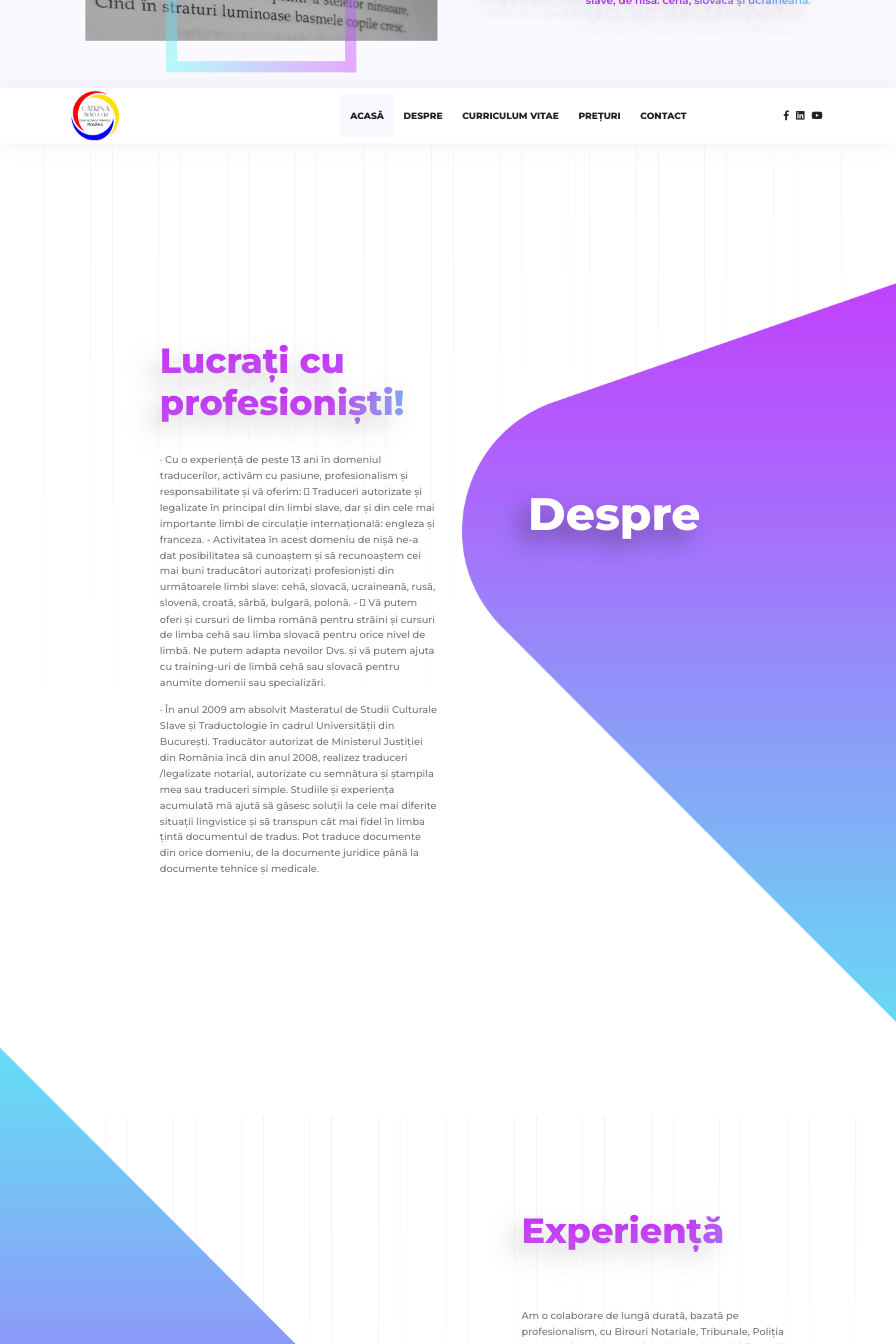
Repository: roscaImarius/site_traduceri
Page: index.html
These files come from the project's save history. The page is drawn as it stood at one moment and after the next save; the edit follows.
The browser window is 1280 px wide. The pictures show the part of the page from y = 486 to 2406 px (the page is 7580 px tall), at 70% of full size.

Above is the page before, as saved 2022-03-17 14:53:44.

### index.html
<!DOCTYPE html>
<html lang="en" class="no-js">
  <head>
    <meta
      name="viewport"
      content="width=device-width, initial-scale=1, shrink-to-fit=no"
    />
    <meta name="author" content="CodePixar" />
    <meta name="description" content="" />
    <meta name="keywords" content="" />
    <meta charset="UTF-8" />

    <title>Traduceri</title>

    <link
      href="https://fonts.googleapis.com/css?family=Montserrat:500,600,700,800,900"
      rel="stylesheet"
    />
    <link
      href="https://fonts.googleapis.com/css?family=Open+Sans:400,600"
      rel="stylesheet"
    />
    <!-- ===========================================
		CSS Files
    ============================================= -->
    <link rel="stylesheet" href="css/font-awesome.min.css" />
    <link rel="stylesheet" href="css/bootstrap.css" />
    <link rel="stylesheet" href="css/main.css" />
  </head>

  <body class="version5" id="top">
    <div class="se-pre-con"></div>

    <!--================ Start Banner Area =================-->
    <section class="home-area" id="home">
      <div class="banner-area relative">
        <div class="container-fluid">
          <div class="row justify-content-center height align-items-center">
            <div class="col-lg-5 col-md-6 col-sm-12">
              <div class="banner-img">
                <img class="img-fluid" src="img/banner-img5.jpg" alt="" />
              </div>
            </div>
            <div class="col-lg-5 col-md-6 col-sm-12">
              <div class="banner-content text-right">
                <h4 class="mb-30 hello text-uppercase text-white">
                  Salut, noi suntem
                </h4>
                <h1 class="name">Catrina Traduceri</h1>
                <p class="mt-5 h6 pHome dark">
                  Ne numărăm printre foarte puținii traducători autorizați de
                  Ministerul Justiției din România pentru traduceri din limbile
                  slave, de nisă: cehă, slovacă și ucraineană.
                </p>
              </div>
            </div>
          </div>
        </div>
      </div>
    </section>
    <!--================Header Menu Area =================-->
    <header class="header_area" id="header5">
      <div class="main_menu">
        <nav class="navbar navbar-expand-lg">
          <div class="container-fluid">
            <!-- Brand and toggle get grouped for better mobile display -->
            <a class="navbar-brand logo_h" href="index.html"
              ><img class="logoo" src="img/logo5_1.png" alt=""
            /></a>
            <button
              class="navbar-toggler"
              type="button"
              data-toggle="collapse"
              data-target="#navbarSupportedContent"
              aria-controls="navbarSupportedContent"
              aria-expanded="false"
              aria-label="Toggle navigation"
            >
              <i class="fas fa-bars"></i>
            </button>
            <!-- Collect the nav links, forms, and other content for toggling -->
            <div
              class="collapse navbar-collapse offset"
              id="navbarSupportedContent"
            >
              <ul class="nav navbar-nav menu_nav ml-auto nav5">
                <li class="nav-item active5">
                  <a class="nav-link" href="#home">Acasă</a>
                </li>
                <li class="nav-item">
                  <a class="nav-link" href="#about">Despre</a>
                </li>
                <li class="nav-item">
                  <a class="nav-link" href="#resume">Curriculum Vitae</a>
                </li>
                <li class="nav-item">
                  <a class="nav-link" href="#portfolio">prețuri</a>
                </li>
                <li class="nav-item">
                  <a class="nav-link" href="#contact">contact</a>
                </li>
              </ul>

              <!-- SOCIAL MEDIA -->
              <ul class="nav navbar-nav social-icons">
                <li class="nav-item">
                  <a href="https://www.facebook.com/catrina.traduceri">
                    <i class="fab fa-facebook-f"></i>
                  </a>
                </li>
                <li class="nav-item">
                  <a
                    href="https://www.linkedin.com/in/ionut-catrina-405244178/"
                  >
                    <i class="fab fa-linkedin"></i>
                  </a>
                </li>
                <li class="nav-item">
                  <a href="#">
                    <i class="fab fa-youtube"></i>
                  </a>
                </li>
              </ul>
            </div>
          </div>
        </nav>
      </div>
    </header>

    <!--================ Start About Area =================-->
    <section class="about-area section-gap-top-5 relative" id="about">
      <div class="container-fluid">
        <div class="row row-reverse">
          <div class="offset-lg-2 col-lg-4 col-md-12">
            <h2 class="heading mb-40">Lucrați cu profesioniști!</h2>
            <p>
              &middot; Cu o experiență de peste 13 ani în domeniul traducerilor,
              activăm cu pasiune, profesionalism și responsabilitate și vă
              oferim:  Traduceri autorizate și legalizate în principal din
              limbi slave, dar și din cele mai importante limbi de circulație
              internațională: engleza și franceza. - Activitatea în acest
              domeniu de nișă ne-a dat posibilitatea să cunoaștem și să
              recunoaștem cei mai buni traducători autorizați profesioniști din
              următoarele limbi slave: cehă, slovacă, ucraineană, rusă, slovenă,
              croată, sârbă, bulgară, polonă. -  Vă putem oferi și cursuri de
              limba română pentru străini și cursuri de limba cehă sau limba
              slovacă pentru orice nivel de limbă. Ne putem adapta nevoilor Dvs.
              și vă putem ajuta cu training-uri de limbă cehă sau slovacă pentru
              anumite domenii sau specializări.
            </p>
            <p class="mb-50">
              &middot; În anul 2009 am absolvit Masteratul de Studii Culturale
              Slave și Traductologie în cadrul Universității din București.
              Traducător autorizat de Ministerul Justiției din România încă din
              anul 2008, realizez traduceri /legalizate notarial, autorizate cu
              semnătura și ștampila mea sau traduceri simple. Studiile și
              experiența acumulată mă ajută să găsesc soluții la cele mai
              diferite situații lingvistice și să transpun cât mai fidel în
              limba țintă documentul de tradus. Pot traduce documente din orice
              domeniu, de la documente juridice până la documente tehnice și
              medicale.
            </p>
          </div>

          <div class="col-lg-6 p-0 col-md-12">
            <div class="right-side">
              <h2 class="text-white right-heading">Despre</h2>
            </div>
          </div>
        </div>
      </div>
    </section>

    <!--================ Start Experience Area =================-->
    <section class="experience-area relative" id="resume">
      <div class="container-fluid">
        <div class="row">
          <div class="col-lg-6 p-0 col-md-12">
            <div class="left-side">
              <h2 class="text-white indented cv left-heading">C.V.</h2>
            </div>
          </div>

          <div class="xpDiv col-lg-4 md-mr col-md-12">
            <h2 class="heading mb-80">Experiență</h2>
            <div class="resume-content">
              <div class="work-exp mb-50">
                <p>
                  Am o colaborare de lungă durată, bazată pe profesionalism, cu
                  Birouri Notariale, Tribunale, Poliția Română și numeroase
                  birouri de traduceri și firme din București și din toată țara.
                  În urma absolvirii unui curs specializat, am obținut
                  calificarea de trainer de limba română pentru străini.
                  Experiență în domeniul Proiectelor finanțate din fonduri
                  europene (POSDRU). In perioada 1.7.2010 - 1.11.2013 am ocupat
                  pozitia de Responsabil vizite de studiu – schimb de experiență
                  în cadrul unor proiecte transnaționale (între România și
                  Republica Cehă).
                </p>
              </div>

              <h2 class="heading mt-120 mb-80">Education</h2>
              <div class="study">
                <h4 class="subject">Master</h4>
                <p>
                  <span class="title">Session</span>
                  <span class="info">: 2010-11</span>
                </p>
                <p>
                  <span class="title">Result</span>
                  <span class="info">: 3.78 (In the Scale of 4.00)</span>
                </p>
              </div>

              <div class="study">
                <h4 class="subject">Bachelor</h4>
                <p>
                  <span class="title">Session</span>
                  <span class="info">: 2006-09</span>
                </p>
                <p>
                  <span class="title">Result</span>
                  <span class="info">: 3.40 (In the Scale of 4.00)</span>
                </p>
              </div>

              <div class="study">
                <h4 class="subject">Diploma</h4>
                <p>
                  <span class="title">Session</span>
                  <span class="info">: 20063-06</span>
                </p>
                <p>
                  <span class="title">Result</span>
                  <span class="info">: 4.94 (In the Scale of 5.00)</span>
                </p>
              </div>
            </div>
          </div>
        </div>
      </div>
    </section>

    <!--================ Start PRICE Area =================-->
    <section class="price-area section-gap-top-5 relative" id="portfolio">
      <div class="container-fluid">
        <div class="row row-reverse">
          <div class="divFaraPret offset-lg-2 col-lg-4 col-md-12">
            <h2 class="heading mb-40">Detalii tarife</h2>
            <h1>Text</h1>
            <p>
              Lorem ipsum dolor sit amet consectetur adipisicing elit. Tempora
              omnis rem magnam voluptatum molestiae, unde id fuga illum
              consequatur nisi? Unde voluptates quia enim ab quae consequatur.
              Doloremque amet eveniet autem hic error veniam ullam aliquid
              aperiam corrupti expedita tempora fugiat, accusantium esse alias
              ea quam architecto totam perferendis, eum excepturi consectetur,
              distinctio placeat! A iure sint corporis fuga aperiam quo incidunt
              enim aut vel totam, dolorum architecto sed placeat, doloribus quam
              fugit! Deserunt iure eligendi at laborum corrupti libero,
              molestias, aliquid hic, nihil non ad voluptatum esse molestiae
              quam culpa sit quos! Maiores molestiae ab laboriosam nam magnam,
              illo eligendi dolorem explicabo. Expedita consequatur debitis
              ratione excepturi exercitationem quam neque quaerat magni aliquid
              voluptate, velit voluptatem ut quasi facilis totam ipsa nulla unde
              assumenda perspiciatis non sequi pariatur repellat? Dicta voluptas
              magni id omnis eveniet sunt consectetur aperiam necessitatibus
              sequi tempora quos neque sit iure aspernatur deserunt atque cum,
              debitis quibusdam inventore facilis velit, consequatur nobis
              excepturi. Suscipit dolorem, quisquam quos non reiciendis, earum
              repudiandae error nobis aspernatur optio expedita eligendi atque
              odit nihil ullam cumque a sunt aperiam culpa obcaecati corporis
              iusto? Magnam sequi, necessitatibus nemo odit illo nobis aut,
              voluptas suscipit consequuntur voluptatibus nisi earum. Dolor,
              aperiam?
            </p>
          </div>

          <div class="divPreturi col-lg-6 p-0 col-md-12">
            <div class="right-side">
              <h2 class="text-white right-heading">Prețuri</h2>
            </div>
          </div>
        </div>
      </div>
    </section>

    <!--================ Start CONTACT Area =================-->
    <section class="client-area relative" id="contact">
      <div class="container-fluid">
        <div class="row">
          <div class="col-lg-6 p-0 col-md-12">
            <div class="left-side">
              <h2 class="text-white left-heading">Contact</h2>
            </div>
          </div>

          <div class="contactDiv offset-lg-2 col-lg-4 col-md-12">
            <div class="form-area text-left">
              <h5><i>Telefon:</i></h5>
              <p>+40 726 471 135 <br /></p>
            </div>

            <div class="form-area text-left">
              <h5><i>E-mail:</i></h5>
              <p>catrina.traduceri@yahoo.com</p>
            </div>

            <div class="form-area adresa text-left">
              <h5><i>Adresă:</i></h5>
              <p>
                Calea Dorobantilor nr. 135-145, bl. 10, sc. C, Ap. 156, sector
                1, Bucuresti.
              </p>
            </div>
            <img class="mapa" src="./img/mapa.png" alt="" />
            <img class="mapa" src="./img/mapa.png" alt="" />
            <img class="mapa" src="./img/mapa.png" alt="" />
          </div>
        </div>
      </div>
    </section>

    <!--= Start Scroll to Top Area ########## -->
    <div id="back-top">
      <a title="Go to Top" href="#">
        <i class="fas fa-angle-up"></i>
      </a>
    </div>

    <script src="js/vendor/jquery-2.2.4.min.js"></script>
    <!-- <script src="js/popper.min.js"></script> -->
    <script src="js/vendor/bootstrap.min.js"></script>
    <script src="js/jquery.ajaxchimp.min.js"></script>
    <script src="js/counter-up.js"></script>
    <script src="js/isotope.pkgd.min.js"></script>
    <script src="js/waypoints.min.js"></script>
    <script src="js/main.js"></script>
  </body>
</html>

Loaded but not shown: css/font-awesome.min.css (library); css/bootstrap.css (library); js/vendor/jquery-2.2.4.min.js (library); js/vendor/bootstrap.min.js (library); js/jquery.ajaxchimp.min.js (library); js/isotope.pkgd.min.js (library); js/waypoints.min.js (library); js/main.js (150 lines, source omitted); js/counter-up.js (8 lines, source omitted); css/main.css (1566 lines, source omitted)

After the next save:
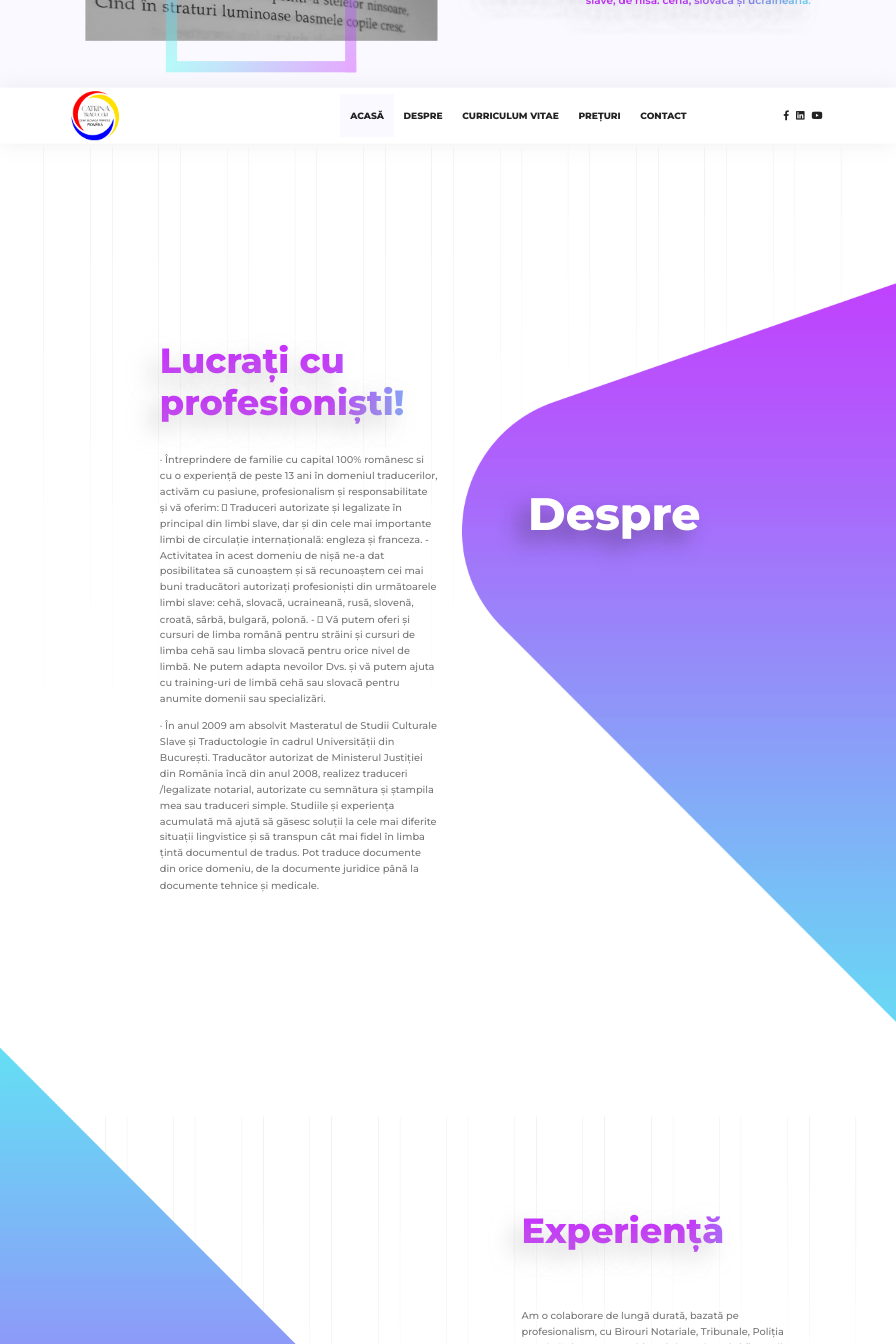
Saved 94 s later.
--- a/index.html
+++ b/index.html
@@ -134,19 +134,20 @@
           <div class="offset-lg-2 col-lg-4 col-md-12">
             <h2 class="heading mb-40">Lucrați cu profesioniști!</h2>
             <p>
-              &middot; Cu o experiență de peste 13 ani în domeniul traducerilor,
-              activăm cu pasiune, profesionalism și responsabilitate și vă
-              oferim:  Traduceri autorizate și legalizate în principal din
-              limbi slave, dar și din cele mai importante limbi de circulație
-              internațională: engleza și franceza. - Activitatea în acest
-              domeniu de nișă ne-a dat posibilitatea să cunoaștem și să
-              recunoaștem cei mai buni traducători autorizați profesioniști din
-              următoarele limbi slave: cehă, slovacă, ucraineană, rusă, slovenă,
-              croată, sârbă, bulgară, polonă. -  Vă putem oferi și cursuri de
-              limba română pentru străini și cursuri de limba cehă sau limba
-              slovacă pentru orice nivel de limbă. Ne putem adapta nevoilor Dvs.
-              și vă putem ajuta cu training-uri de limbă cehă sau slovacă pentru
-              anumite domenii sau specializări.
+              &middot; Întreprindere de familie cu capital 100% românesc si cu o
+              experiență de peste 13 ani în domeniul traducerilor, activăm cu
+              pasiune, profesionalism și responsabilitate și vă oferim: 
+              Traduceri autorizate și legalizate în principal din limbi slave,
+              dar și din cele mai importante limbi de circulație internațională:
+              engleza și franceza. - Activitatea în acest domeniu de nișă ne-a
+              dat posibilitatea să cunoaștem și să recunoaștem cei mai buni
+              traducători autorizați profesioniști din următoarele limbi slave:
+              cehă, slovacă, ucraineană, rusă, slovenă, croată, sârbă, bulgară,
+              polonă. -  Vă putem oferi și cursuri de limba română pentru
+              străini și cursuri de limba cehă sau limba slovacă pentru orice
+              nivel de limbă. Ne putem adapta nevoilor Dvs. și vă putem ajuta cu
+              training-uri de limbă cehă sau slovacă pentru anumite domenii sau
+              specializări.
             </p>
             <p class="mb-50">
               &middot; În anul 2009 am absolvit Masteratul de Studii Culturale
